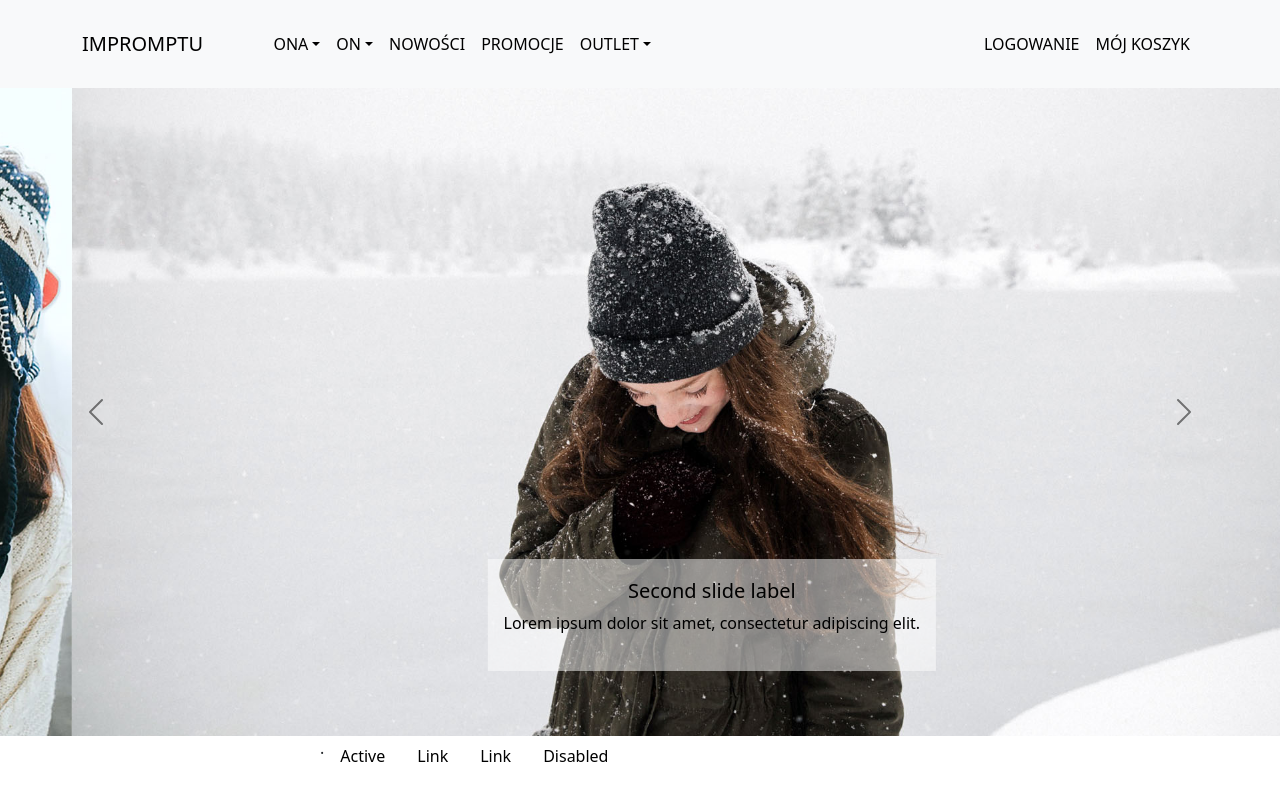
Repository: michalgornicki/Impromptu
Page: /
These files come from the project's save history. The page is drawn as it stood at one moment and after a run of saves; the edit follows.
The browser window is 1280 px wide. The pictures show the whole page.
The project was rebuilt for these pictures with package versions that can differ from the ones it lists, and the page was loaded fresh each time.

Above is the page before, as saved 2021-12-23 13:16:45.

After the next 3 saves:
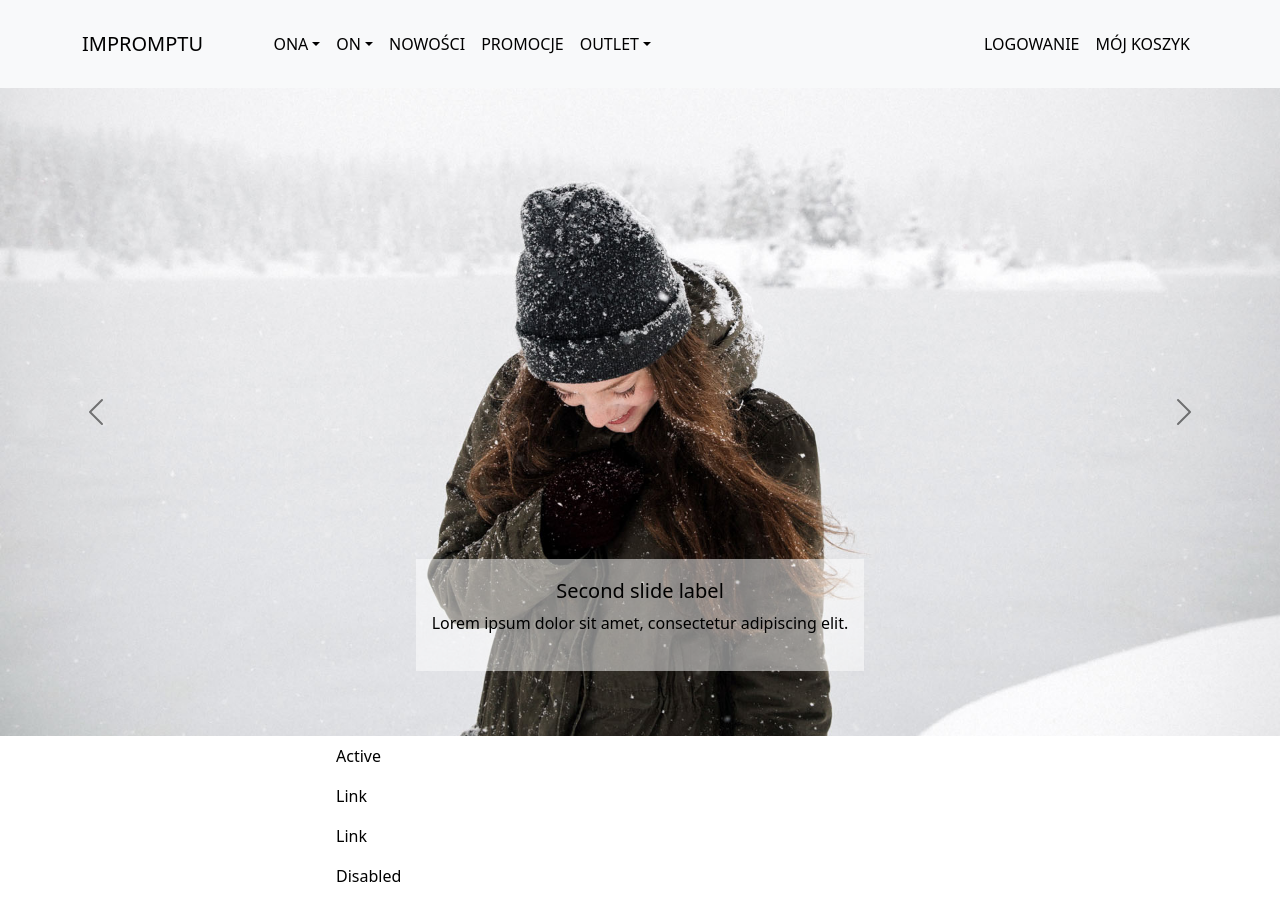
The 3 saves are shown as one change because 1 did not build or start and some came seconds apart.
The last was saved 15 s later.
--- a/src/App.jsx
+++ b/src/App.jsx
@@ -157,7 +157,7 @@ function App() {
   activeKey="/home"
   className="w-50 m-auto"
 >
-  .
+  <div className="flex-column">
   <Nav.Item>
     <Nav.Link href="/home">Active</Nav.Link>
   </Nav.Item>
@@ -172,6 +172,7 @@ function App() {
       Disabled
     </Nav.Link>
   </Nav.Item>
+  </div>
 </Nav>
 
 
